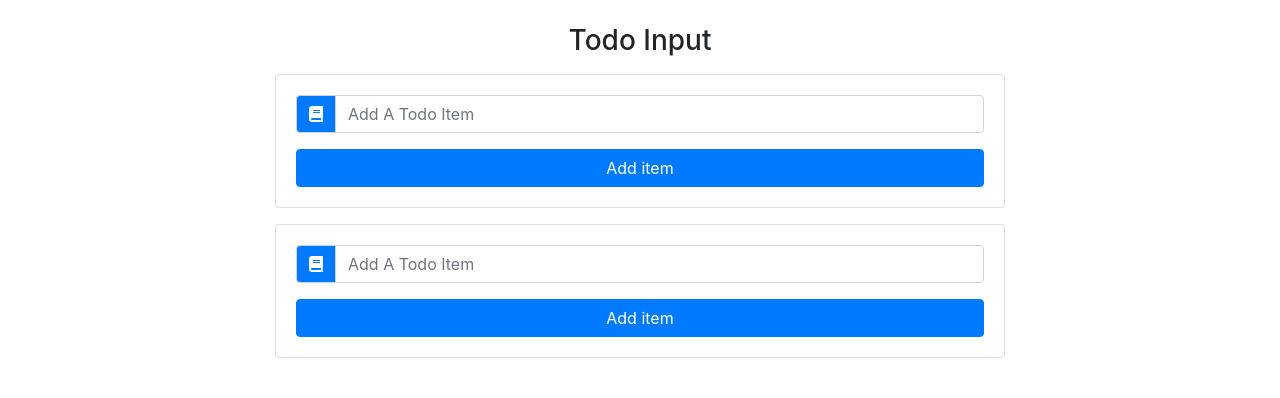
Repository: TomoyaKuroda/React-Simple-Todo-App
Page: /
An editor plug-in stored every save of this project. The page is shown before and after the next save, followed by the edit.
The browser window is 1280 px wide. The pictures show the whole page.
Some web libraries are served in a nearby version. The project was rebuilt for these pictures with package versions that can differ from the ones it lists, and the page was loaded fresh each time. Also part of the build but not shown: src/components/TodoItem.js.

Above is the page before, as saved 2018-12-06 22:10:13.

After the next save:
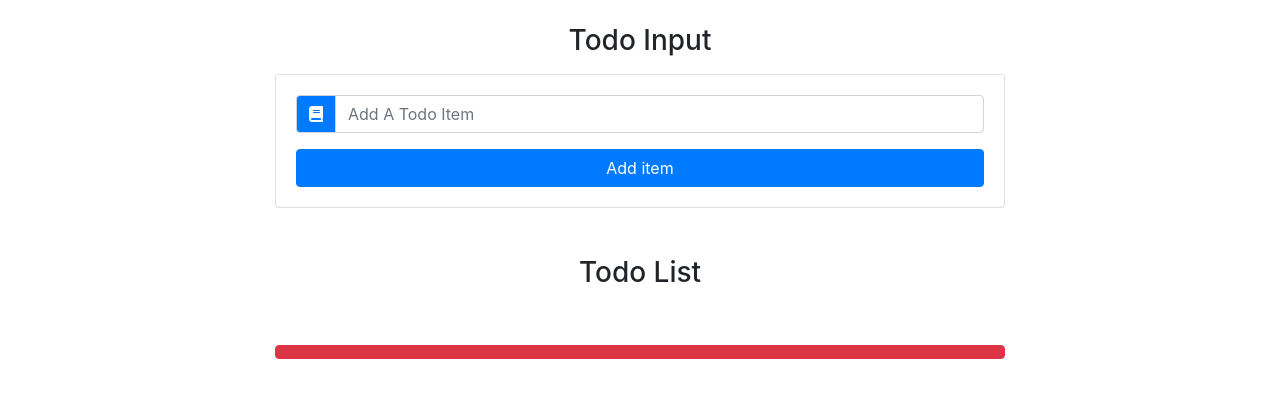
Saved 27 s later.
--- a/src/App.js
+++ b/src/App.js
@@ -1,7 +1,7 @@
 import React, { Component } from 'react';
 
 import TodoInput from './components/TodoInput';
-import TodoList from "./components/TodoInput";
+import TodoList from "./components/TodoList";
 
 import 'bootstrap/dist/css/bootstrap.min.css'
 import uuid from 'uuid'
